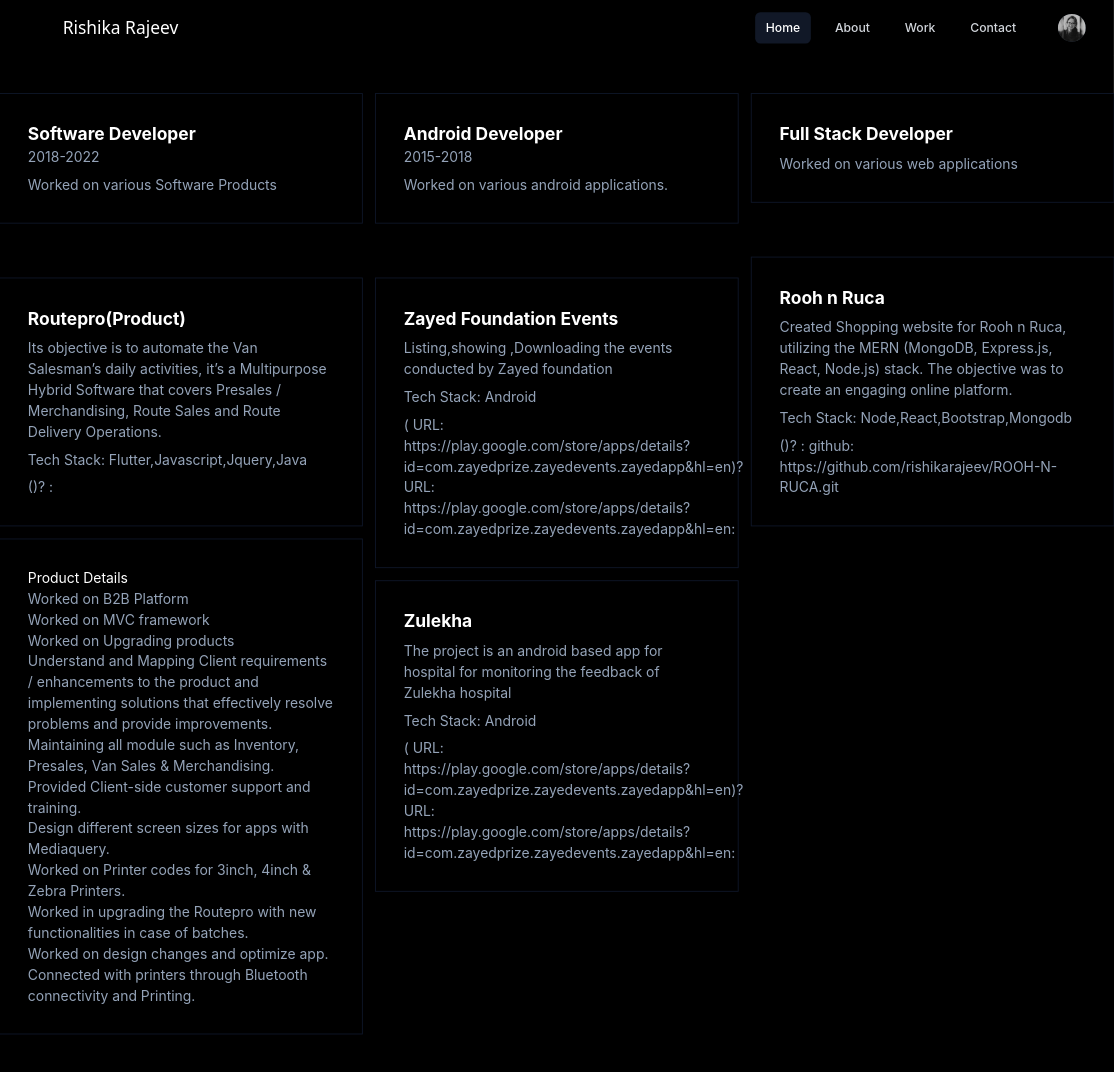
Repository: rishikarajeev/portfolio_rishika
Page: /work
The author's editor kept a copy of each file at every save. The page is drawn from the files as they stood at one save, then again after the next save.
The browser window is 1280 px wide. The pictures show the whole page, at 87% of full size.
The project was rebuilt for these pictures with package versions that can differ from the ones it lists, and the page was loaded fresh each time. Also part of the build but not shown: src/Pages/Home.jsx, src/Pages/About.jsx, src/Pages/Contact.jsx.

Above is the page before, as saved 2023-10-23 19:12:03.

After the next save:
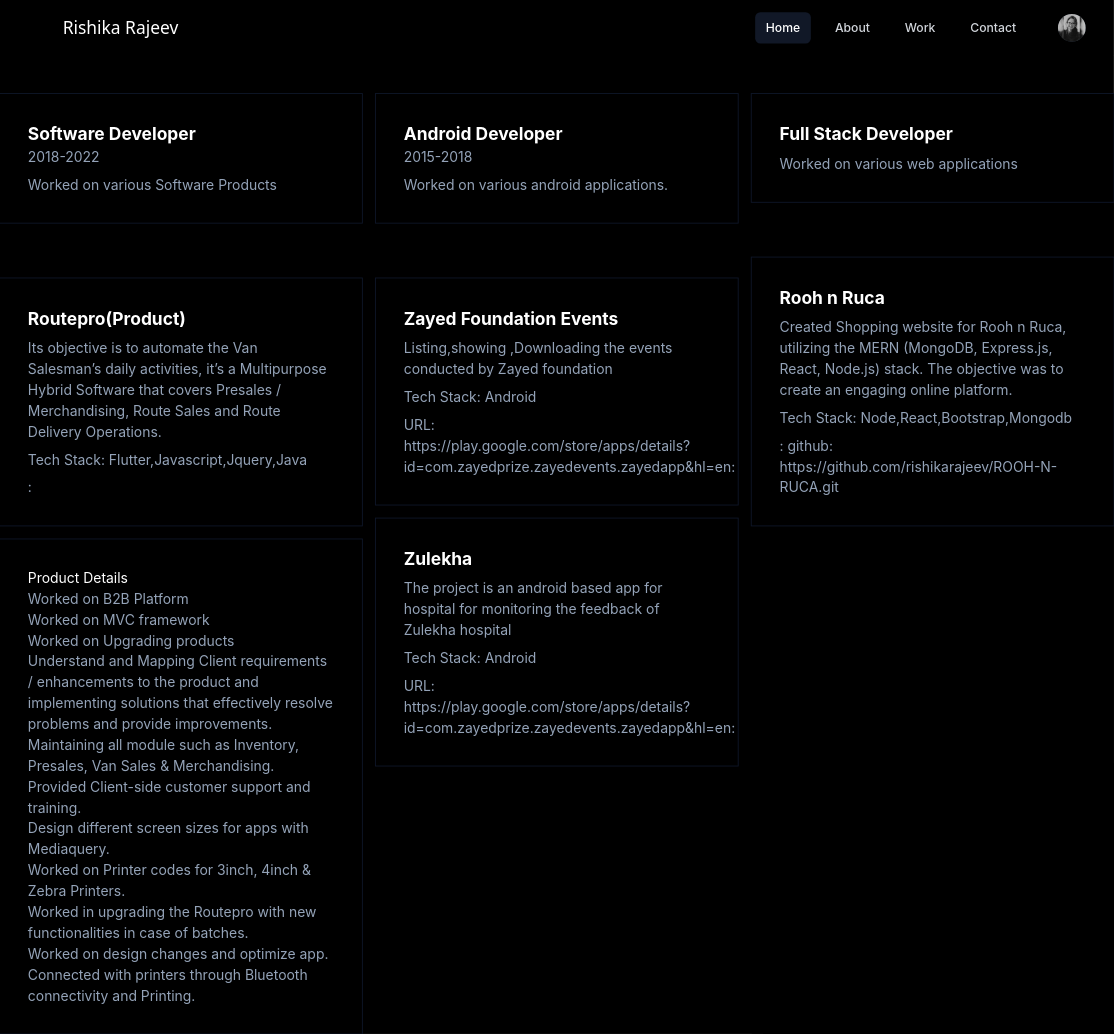
Saved 16 s later.
--- a/src/Components/Project.jsx
+++ b/src/Components/Project.jsx
@@ -6,7 +6,7 @@ const Project = ({ title, description, techStack,Playstore,Github }) => {
       <h3 className="text-xl font-bold text-white">{title}</h3>
       <p className="mt-2 dark:text-slate-400">{description}</p>
       <p className="mt-2 dark:text-slate-400">Tech Stack: {techStack}</p>
-      <p className="mt-2 dark:text-slate-400">({Playstore})? {Playstore}: {Github}</p>
+      <p className="mt-2 dark:text-slate-400"> {Playstore}: {Github}</p>
     </div>
   );
 };
